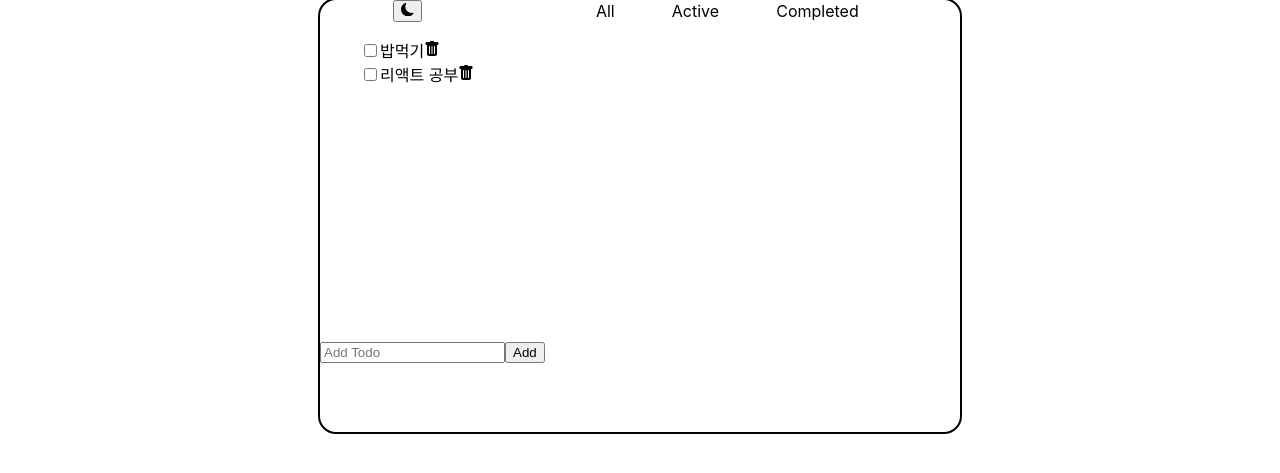
Repository: DongjaJ/React-Todo
Page: / (app in react-todo/)
These files come from the project's save history. The page is drawn as it stood at one moment and after the next save; the edit follows.
The browser window is 1280 px wide. The pictures show the whole page.
The project was rebuilt for these pictures with package versions that can differ from the ones it lists, and the page was loaded fresh each time.

Above is the page before, as saved 2023-05-15 14:06:10.

After the next save:
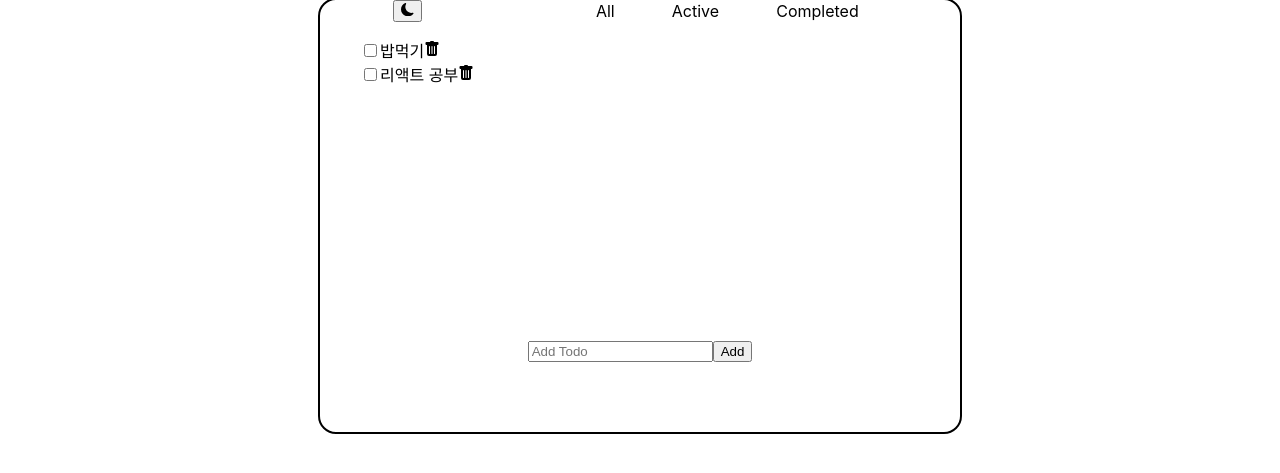
Saved 35 s later.
--- a/react-todo/src/components/Footer.jsx
+++ b/react-todo/src/components/Footer.jsx
@@ -1,8 +1,9 @@
 import React from 'react';
+import styles from '../styles/Footer.module.css';
 
 export default function Footer() {
 	return (
-		<div>
+		<div className={styles.footer}>
 			<input placeholder="Add Todo"></input>
 			<button>Add</button>
 		</div>
